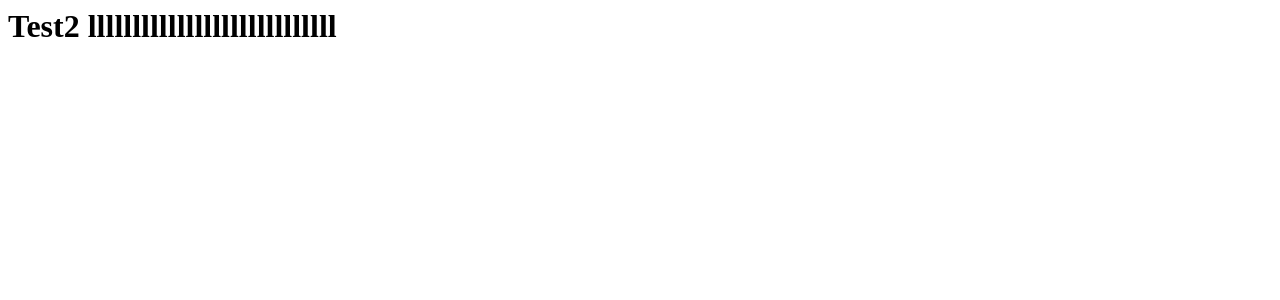
Repository: HuynhDuc23/git
Page: index2.html
An editor plug-in stored every save of this project. The page is shown before and after the next save, followed by the edit.
The browser window is 1280 px wide. The pictures show the whole page.

Above is the page before, as saved 2024-03-13 04:45:18.

### index2.html
<html lang="en">

<head>
    <meta charset="UTF-8">
    <meta name="viewport" content="width=device-width, initial-scale=1.0">
    <title>Document</title>
</head>

<body>
    <h1>Test2 llllllllllllllllllllllllllll</h1>
</body>

</html>

After the next save:
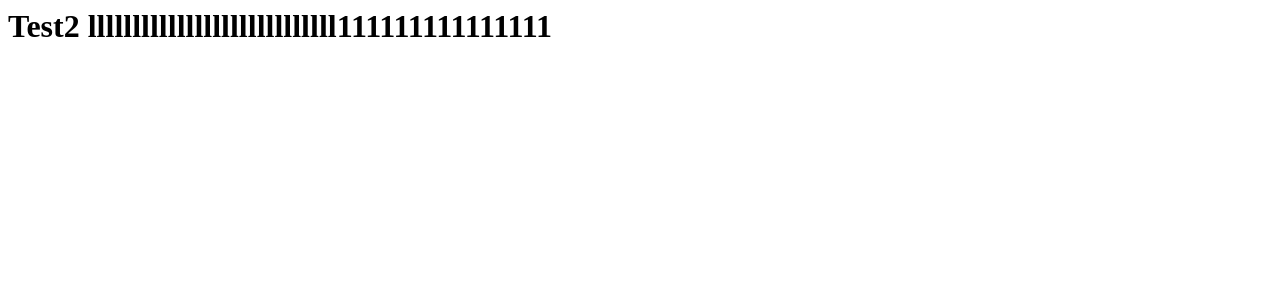
Saved 9 min 36 s later.
--- a/index2.html
+++ b/index2.html
@@ -7,7 +7,7 @@
 </head>
 
 <body>
-    <h1>Test2 llllllllllllllllllllllllllll</h1>
+    <h1>Test2 llllllllllllllllllllllllllll111111111111111</h1>
 </body>
 
 </html>
